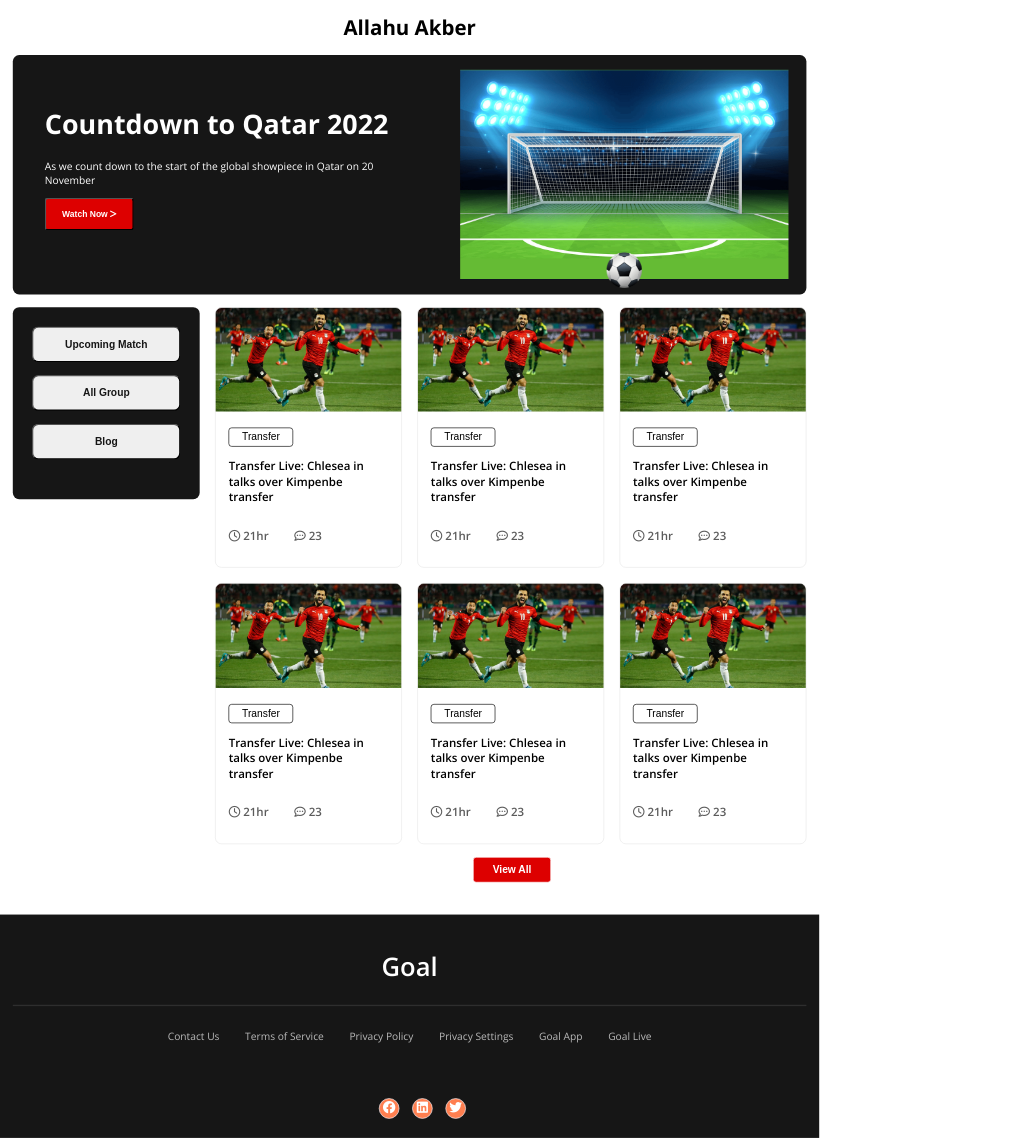
Repository: zjria/Qatar-world-cup
Page: match.html
An editor plug-in stored every save of this project. The page is shown before and after the next save, followed by the edit.
The browser window is 1280 px wide. The page is 1600 px wide, so the pictures cover 1600 px, including what lies to the right of the window. The pictures show the whole page, at 64% of full size.

Above is the page before, as saved 2022-09-10 09:38:28.

After the next save:
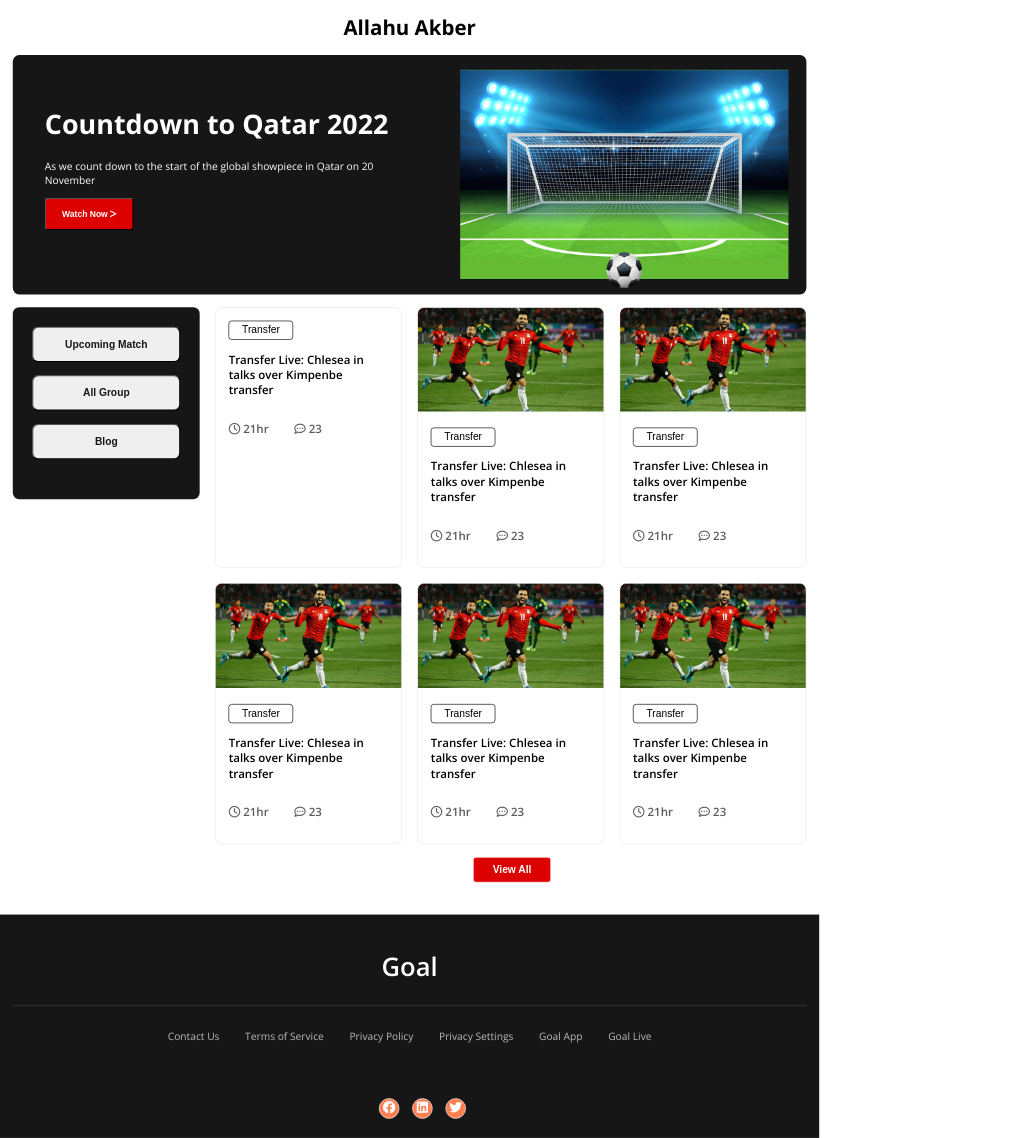
Saved 52 s later.
--- a/match.html
+++ b/match.html
@@ -59,7 +59,7 @@
         <!-- Main Section Start HTML  -->
         <main class="main-section">
             <div class="transfer">
-                <img src="images/Blog Image.png" alt=""> <br>
+                <!-- <img src="images/Blog Image.png" alt=""> <br> -->
                 <div class="button-text">
                     <button>Transfer</button>
                     <p>Transfer Live: Chlesea in talks over Kimpenbe transfer</p>
